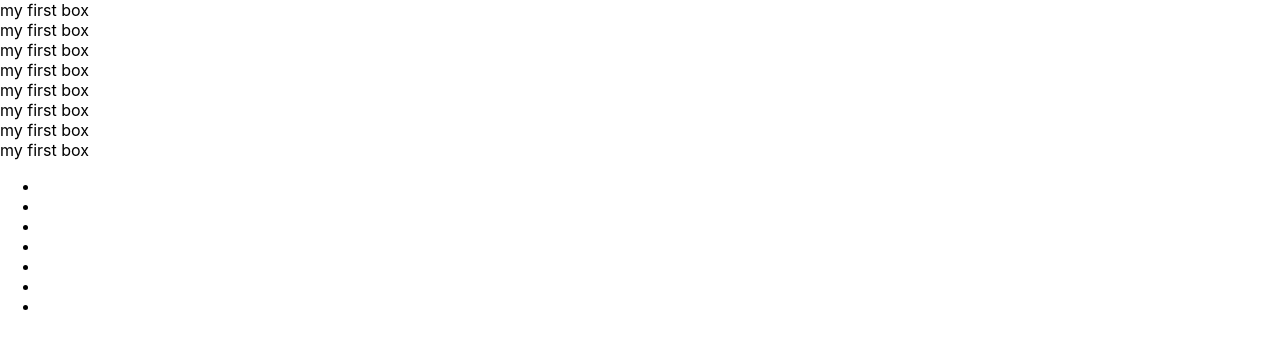
Repository: tts2610/React-Intro
Page: /
These files come from the project's save history. The page is drawn as it stood at one moment and after the next save; the edit follows.
The browser window is 1280 px wide. The pictures show the whole page.
The project was rebuilt for these pictures with package versions that can differ from the ones it lists, and the page was loaded fresh each time. Also part of the build but not shown: src/App.css.

Above is the page before, as saved 2020-05-25 11:26:06.

After the next save:
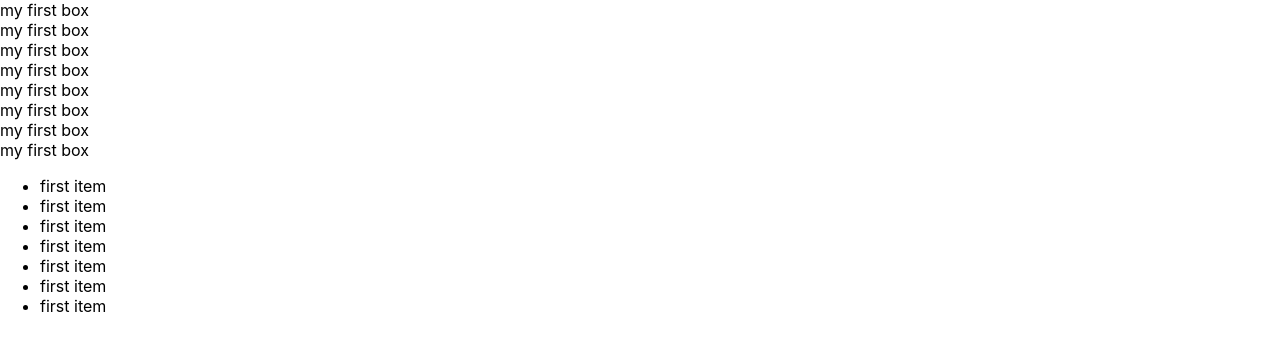
Saved 6 s later.
--- a/src/components/List.js
+++ b/src/components/List.js
@@ -4,7 +4,7 @@ export default function List() {
     return (
 
             <li>
-
+                first item
             </li>
 
 
